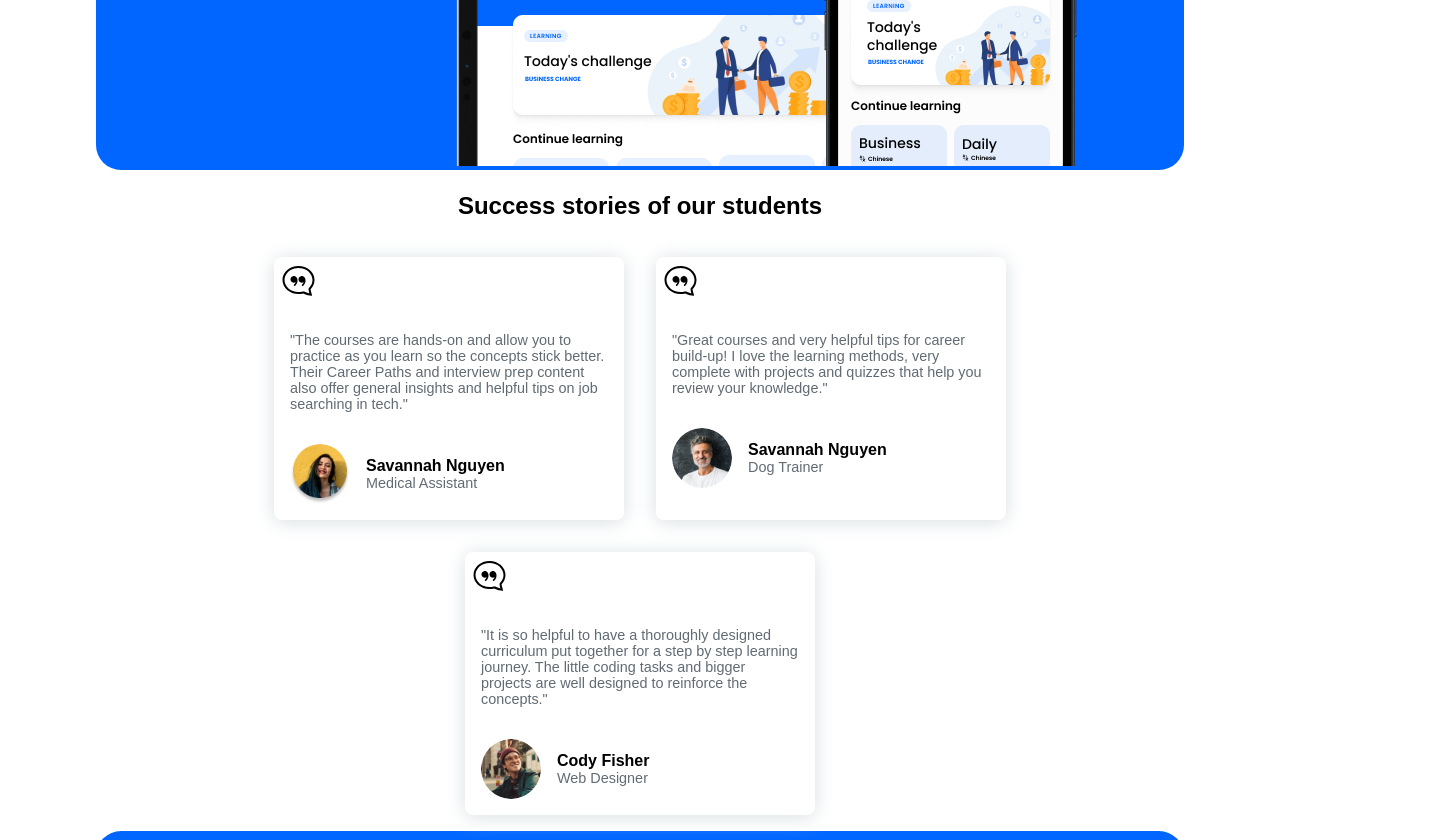
Repository: BinhIT/ChineseLearn
Page: index.html
The author's editor kept a copy of each file at every save. The page is drawn from the files as they stood at one save, then again after the next save.
The browser window is 1280 px wide. The page is 1436 px wide, so the pictures cover 1436 px, including what lies to the right of the window. The pictures show the part of the page from y = 1764 to 2604 px (the page is 3277 px tall before and 3289 px after).
Pictures or frames that could not be fetched are drawn as grey boxes.

Above is the page before, as saved 2023-03-01 21:23:08.
Console error: ReferenceError: $ is not defined

After the next save:
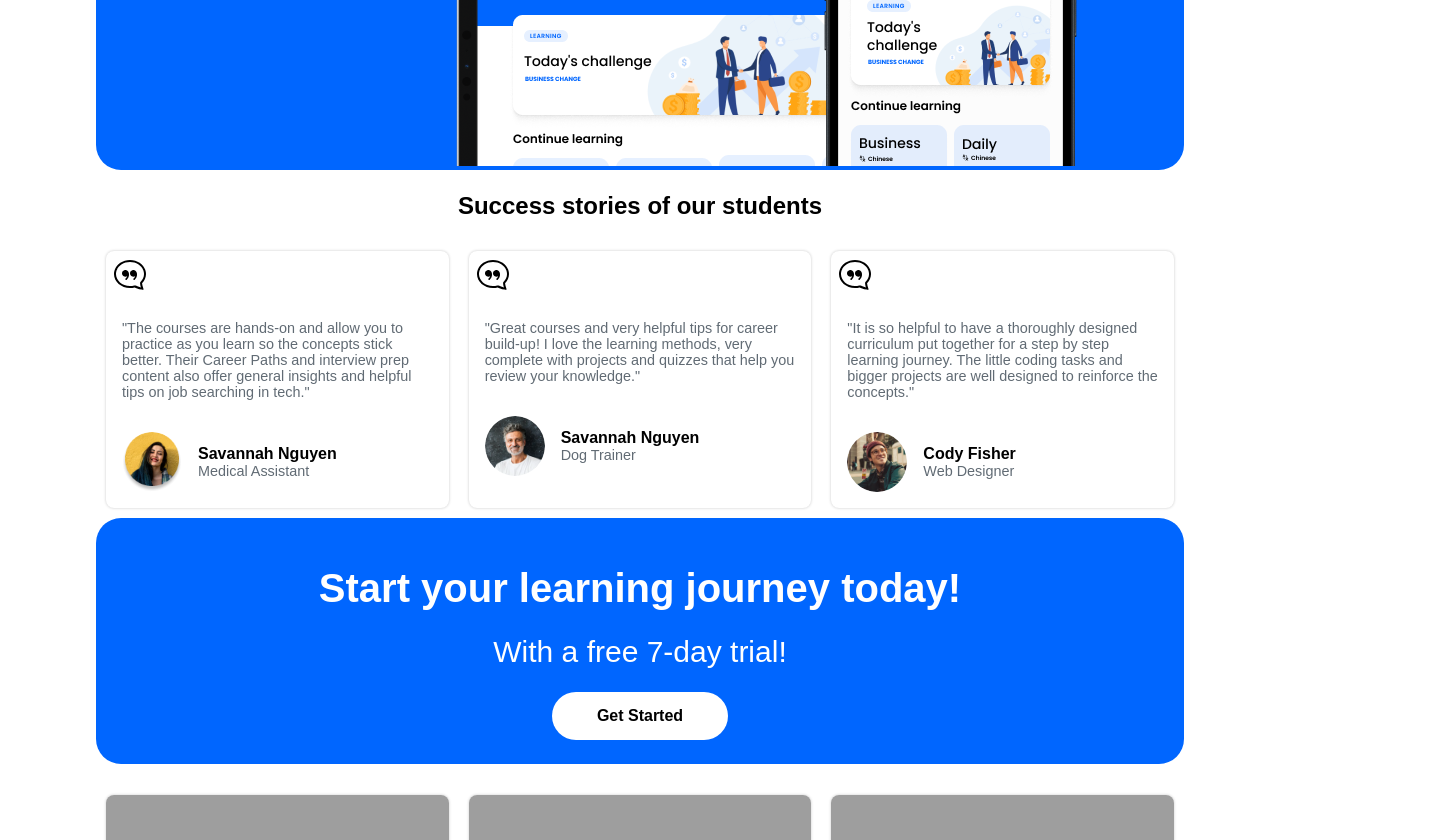
Saved 12 s later.
--- a/index.html
+++ b/index.html
@@ -14,6 +14,7 @@
     <link rel="stylesheet" href="./css/header.css">
     <link rel="stylesheet" href="./css/section.css">
     <link rel="stylesheet" href="./css/stories_card.css">
+    <link rel="stylesheet" href="./css/4step.css">
     <title>Learn Chinese </title>
 </head>
 
